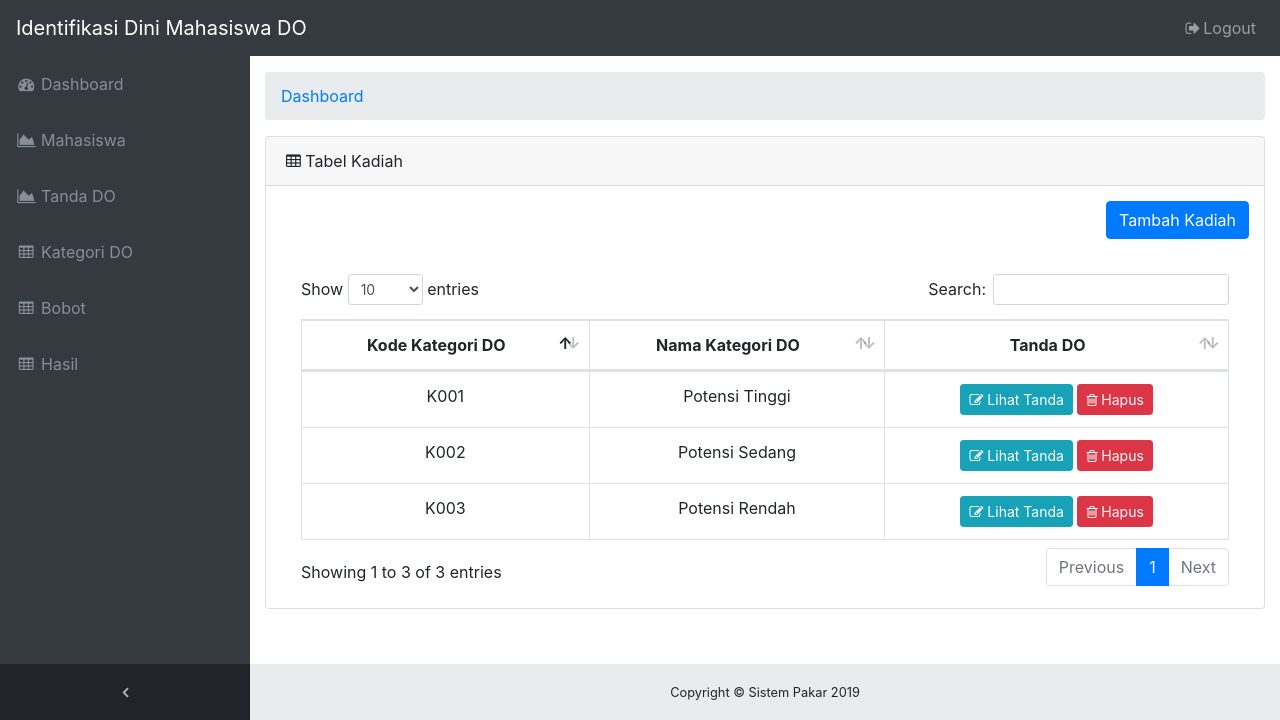
Repository: AdiPrimanto/sistempakar_dempster_shafer
Page: http://localhost/kaidah
The author's editor kept a copy of each file at every save. The page is drawn from the files as they stood at one save, then again after the next save.
The browser window is 1280 px wide. The pictures show the whole page.
The page is served by the project's Laravel application, run on PHP 8.4 with Laravel 8. Other server files are loaded and not shown. The database holds what the project's SQL file puts in it.

Above is the page before, as saved 2019-09-02 01:26:22.
Console error: TypeError: Cannot read properties of null (reading 'length')

### routes/web.php
<?php

/*
|--------------------------------------------------------------------------
| Web Routes
|--------------------------------------------------------------------------
|
| Here is where you can register web routes for your application. These
| routes are loaded by the RouteServiceProvider within a group which
| contains the "web" middleware group. Now create something great!
|
*/
Route::get('/', function ()
 {
    return view('welcome');
});

Route::get('/dashboard', function () {
    return view('admin.dashboard');
});

Auth::routes();

Route::post('/', 'SubmitController@submit');
// Route::get('/mahasiswa', 'MahasiswaController@index');
Route::get('/mahasiswa', 'SubmitController@index')->name('mahasiswa');
Route::get('/mahasiswa/{mahasiswa}/delete', 'SubmitController@delete');

Route::get('/home', 'HomeController@index')->name('home');

Route::get('/tandado', 'TandaDOController@index')->name('tandado');
Route::post('/tandado/store', 'TandaDOController@store');
Route::get('/tandado/{id_tanda}/edit', 'TandaDOController@edit');
Route::post('/tandado/{id_tanda}/update', 'TandaDOController@update');
Route::get('/tandado/{id_tanda}/delete', 'TandaDOController@delete');

Route::get('/kategorido', 'KategoriDOController@index')->name('kategorido');
Route::post('/kategorido/store', 'KategoriDOController@store');
Route::get('/kategorido/{id_kategori}/edit', 'KategoriDOController@edit');
Route::post('/kategorido/{id_kategori}/update', 'KategoriDOController@update');
Route::get('/kategorido/{id_kategori}/delete', 'KategoriDOController@delete');

Route::get('/kaidah', 'KaidahController@index')->name('kaidah');
Route::get('/kaidah/{id_kategori}/delete', 'KaidahController@delete');
Route::get('/kaidah/{id_kategori}/show', 'KaidahController@show');

Route::get('/bobot', 'BobotController@index');

Route::get('/tambahbobot', 'TambahbobotController@index');
Route::post('/tambahbobot', 'TambahbobotController@insert');

Route::get('/hasil', 'HasilController@index');

Route::get('logout', '\App\Http\Controllers\Auth\LoginController@logout');

### app/Http/Controllers/Auth/LoginController.php
<?php

namespace App\Http\Controllers\Auth;

use Auth;
use Illuminate\Http\Request;

use App\Http\Controllers\Controller;
use Illuminate\Foundation\Auth\AuthenticatesUsers;

class LoginController extends Controller
{
    /*
    |--------------------------------------------------------------------------
    | Login Controller
    |--------------------------------------------------------------------------
    |
    | This controller handles authenticating users for the application and
    | redirecting them to your home screen. The controller uses a trait
    | to conveniently provide its functionality to your applications.
    |
    */

    use AuthenticatesUsers;

    /**
     * Where to redirect users after login.
     *
     * @var string
     */
    protected $redirectTo = '/dashboard';

    /**
     * Create a new controller instance.
     *
     * @return void
     */
    public function __construct()
    {
        $this->middleware('guest')->except('logout');
    }

    public function logout(Request $request)
    {
        Auth::logout();
        return redirect('/');
    }
}

### app/Http/Controllers/KaidahController.php
<?php

namespace App\Http\Controllers;

use Illuminate\Http\Request;
use App\Kategorido;

class KaidahController extends Controller
{
    public function index()
    {
        $kaidah = Kategorido::all();
        return view('admin.kaidah', compact('kaidah'));
    }

    public function delete($id_kategori)
    {
        $ktgr = \App\Kaidah::find($id_kategori);
        $ktgr->delete($ktgr);
        return redirect(route('kaidah'))->with('success', 'Data Berhasil Dihapus');
    }

    public function show(Kaidah $id_kategori)
    {

    }

}

### app/Kategorido.php
<?php

namespace App;

use Illuminate\Database\Eloquent\Model;

class Kategorido extends Model
{
    protected $table = 'kategori';
    protected $primaryKey = 'id_kategori';
    protected $fillable = ['kode_kategori', 'nama_kategori'];
    public $timestamps = false;
}

### resources/views/admin/kaidah.blade.php
@extends('layouts.app')

@section('content')
<div class="container-fluid">
    <!-- Breadcrumbs-->
    <ol class="breadcrumb">
        <li class="breadcrumb-item">
            <a href="/dashboard">Dashboard</a>
        </li>
    </ol>

    <!-- Menampilkan Tanda DO-->
    <div class="card mb-3">

        @if (session()->has('success'))
        <div class="alert alert-success">
            {{ session()->get('success')}}
        </div>
        @endif

        <div class="card-header">
            <i class="fa fa-table"></i> Tabel Kadiah</div>
        <div class="" align="right" style="padding:15px;">
            <button class="btn btn-primary" data-toggle="modal" data-target="#tambah">Tambah Kadiah</button>
        </div>
        <div class="card-body">
            <div class="table-responsive">
                <table class="table table-bordered" id="dataTable" width="100%" cellspacing="0">
                    <thead>
                        <tr>
                            <th style="text-align:center">Kode Kategori DO</th>
                            <th style="text-align:center">Nama Kategori DO</th>
                            <th style="text-align:center">Tanda DO</th>
                        </tr>
                    </thead>
                    <tbody>
                        @foreach ($kaidah as $ktgr)
                        <tr>
                            <td style="text-align:center">{{$ktgr->kode_kategori}}</td>
                            <td style="text-align:center">{{$ktgr->nama_kategori}}</td>
                            <td style="text-align:center">
                                <a href="/bobot/{{$ktgr->id_kategori}}" class="btn btn-info btn-sm"><i
                                        class="fa fa-edit"></i>
                                    Lihat Tanda</a>
                                    {{-- {{$ktgr->id_kategori}} --}}
                                <a href="" class="btn btn-danger btn-sm"
                                    data-toggle="modal" data-target="#hapus{{$ktgr->id_kategori}}"><i
                                        class="fa fa-trash-o"></i> Hapus</a>
                            </td>
                        </tr>

                        <!-- Lihat Tanda DO-->


                        <!-- Peringatan Hapus Kaidah DO-->
                        <div class="modal" id="hapus{{$ktgr->id_kategori}}" tabindex="-1" role="dialog"
                            aria-labelledby="exampleModalLabel" aria-hidden="true">
                            <div class="modal-dialog" role="document">
                                <div class="modal-content">
                                    <div class="modal-header">
                                        <h5 class="modal-title" id="exampleModalLabel">Peringatan</h5>
                                        <button class="close" type="button" data-dismiss="modal" aria-label="Close">
                                            <span aria-hidden="true">×</span>
                                        </button>
                                    </div>
                                    <div class="modal-body">
                                        Yakin ingin menghapus data {{$ktgr->nama_kategori}} ?
                                    </div>
                                    <div class="modal-footer">
                                        <a href="/kaidah/{{$ktgr->id_kategori}}/delete" class="btn btn-primary">Ya</a>
                                        <button class="btn btn-danger" type="button" data-dismiss="modal"
                                            aria-label="Close">Batal</button>
                                    </div>
                                </div>
                            </div>
                            @endforeach
                    </tbody>
                </table>
            </div>
        </div>
    </div>

</div>

</div>
@endsection

### resources/views/layouts/app.blade.php
<!DOCTYPE html>
<html lang="en">

<head>
  <meta charset="utf-8">
  <meta http-equiv="X-UA-Compatible" content="IE=edge">
  <meta name="viewport" content="width=device-width, initial-scale=1, shrink-to-fit=no">
  <meta name="description" content="">
  <meta name="author" content="">
  <title>Identifikasi Dini Mahasiswa DO</title>
  <link rel="icon" href="frontend/img/akakom.png">
  <!-- Bootstrap core CSS-->
  <link href="{{asset('backend/vendor/bootstrap/css/bootstrap.min.css')}}" rel="stylesheet">
  <!-- Custom fonts for this template-->
  <link href="{{asset('backend/vendor/font-awesome/css/font-awesome.min.css')}}" rel="stylesheet" type="text/css">
  <!-- Page level plugin CSS-->
  <link href="{{asset('backend/vendor/datatables/dataTables.bootstrap4.css')}}" rel="stylesheet">
  <!-- Custom styles for this template-->
  <link href="{{asset('backend/css/sb-admin.css')}}" rel="stylesheet">
</head>

<body class="fixed-nav sticky-footer bg-dark" id="page-top">
    @include('layouts.partial.navbar')
  <div class="content-wrapper">
    @yield('content')
    <!-- /.container-fluid-->
    @include('layouts.partial.footer')

    <!-- Scroll to Top Button-->
    <a class="scroll-to-top rounded" href="#page-top">
      <i class="fa fa-angle-up"></i>
    </a>

    @include('layouts.partial.header')

    <!-- Bootstrap core JavaScript-->
    <script src="{{asset('backend/vendor/jquery/jquery.min.js')}}"></script>
    <script src="{{asset('backend/vendor/bootstrap/js/bootstrap.bundle.min.js')}}"></script>
    <!-- Core plugin JavaScript-->
    <script src="{{asset('backend/vendor/jquery-easing/jquery.easing.min.js')}}"></script>
    <!-- Page level plugin JavaScript-->
    <script src="{{asset('backend/vendor/chart.js/Chart.min.js')}}"></script>
    <script src="{{asset('backend/vendor/datatables/jquery.dataTables.js')}}"></script>
    <script src="{{asset('backend/vendor/datatables/dataTables.bootstrap4.js')}}"></script>
    <!-- Custom scripts for all pages-->
    <script src="{{asset('backend/js/sb-admin.min.js')}}"></script>
    <!-- Custom scripts for this page-->
    <script src="{{asset('backend/js/sb-admin-datatables.min.js')}}"></script>
    <script src="{{asset('backend/js/sb-admin-charts.min.js')}}"></script>
  </div>
</body>

</html>

### resources/views/layouts/partial/navbar.blade.php
<!-- Navigation-->
<nav class="navbar navbar-expand-lg navbar-dark bg-dark fixed-top" id="mainNav">
    <a class="navbar-brand" href="index.html">Identifikasi Dini Mahasiswa DO</a>
    <button class="navbar-toggler navbar-toggler-right" type="button" data-toggle="collapse"
        data-target="#navbarResponsive" aria-controls="navbarResponsive" aria-expanded="false"
        aria-label="Toggle navigation">
        <span class="navbar-toggler-icon"></span>
    </button>
    <div class="collapse navbar-collapse" id="navbarResponsive">
        <ul class="navbar-nav navbar-sidenav" id="exampleAccordion">
            <li class="nav-item" data-toggle="tooltip" data-placement="right" title="Dashboard">
                <a class="nav-link" href="/dashboard">
                    <i class="fa fa-fw fa-dashboard"></i>
                    <span class="nav-link-text">Dashboard</span>
                </a>
            </li>
            <li class="nav-item" data-toggle="tooltip" data-placement="right" title="Charts">
                <a class="nav-link" href="/mahasiswa">
                    <i class="fa fa-fw fa-area-chart"></i>
                    <span class="nav-link-text">Mahasiswa</span>
                </a>
            </li>
            <li class="nav-item" data-toggle="tooltip" data-placement="right" title="Charts">
                <a class="nav-link" href="/tandado">
                    <i class="fa fa-fw fa-area-chart"></i>
                    <span class="nav-link-text">Tanda DO</span>
                </a>
            </li>
            <li class="nav-item" data-toggle="tooltip" data-placement="right" title="Tables">
                <a class="nav-link" href="/kategorido">
                    <i class="fa fa-fw fa-table"></i>
                    <span class="nav-link-text">Kategori DO</span>
                </a>
            </li>
            <li class="nav-item" data-toggle="tooltip" data-placement="right" title="Tables">
                <a class="nav-link" href="/kaidah">
                    <i class="fa fa-fw fa-table"></i>
                    <span class="nav-link-text">Bobot</span>
                </a>
            </li>
            <li class="nav-item" data-toggle="tooltip" data-placement="right" title="Tables">
                <a class="nav-link" href="/hasil">
                    <i class="fa fa-fw fa-table"></i>
                    <span class="nav-link-text">Hasil</span>
                </a>
            </li>
        </ul>
        <ul class="navbar-nav sidenav-toggler">
            <li class="nav-item">
                <a class="nav-link text-center" id="sidenavToggler">
                    <i class="fa fa-fw fa-angle-left"></i>
                </a>
            </li>
        </ul>
        <ul class="navbar-nav ml-auto">
            <li class="nav-item">
                <a class="nav-link" data-toggle="modal" data-target="#exampleModal">
                    <i class="fa fa-fw fa-sign-out"></i>Logout</a>
            </li>
        </ul>
    </div>
</nav>

### resources/views/layouts/partial/footer.blade.php
<!-- /.content-wrapper-->
<footer class="sticky-footer">
    <div class="container">
      <div class="text-center">
        <small>Copyright © Sistem Pakar 2019</small>
      </div>
    </div>
  </footer>

### resources/views/layouts/partial/header.blade.php
<!-- Logout Modal-->
<div class="modal fade" id="exampleModal" tabindex="-1" role="dialog" aria-labelledby="exampleModalLabel" aria-hidden="true">
    <div class="modal-dialog" role="document">
      <div class="modal-content">
        <div class="modal-header">
          <h5 class="modal-title" id="exampleModalLabel">Ready to Leave?</h5>
          <button class="close" type="button" data-dismiss="modal" aria-label="Close">
            <span aria-hidden="true">×</span>
          </button>
        </div>
        <div class="modal-body">Select "Logout" below if you are ready to end your current session.</div>
        <div class="modal-footer">
          <button class="btn btn-secondary" type="button" data-dismiss="modal">Cancel</button>
          <a class="btn btn-primary" href="{{route('logout')}}">Logout</a>
        </div>
      </div>
    </div>
  </div>

### pakar.sql (the tables this page reads)
CREATE TABLE `kategori` (
  `id_kategori` int(2) NOT NULL,
  `kode_kategori` varchar(4) NOT NULL,
  `nama_kategori` varchar(50) NOT NULL
) ENGINE=InnoDB DEFAULT CHARSET=latin1;

INSERT INTO `kategori` (`id_kategori`, `kode_kategori`, `nama_kategori`) VALUES
(1, 'K001', 'Potensi Tinggi'),
(2, 'K002', 'Potensi Sedang'),
(4, 'K003', 'Potensi Rendah');

ALTER TABLE `kategori`
  ADD PRIMARY KEY (`id_kategori`);

ALTER TABLE `kategori`
  MODIFY `id_kategori` int(2) NOT NULL AUTO_INCREMENT, AUTO_INCREMENT=5;

Loaded but not shown: app/Http/Controllers/Controller.php (common file); public/backend/js/sb-admin.min.js (common file); public/backend/js/sb-admin-datatables.min.js (common file); public/backend/js/sb-admin-charts.min.js (common file); public/backend/css/sb-admin.css (478 lines, source omitted)

After the next save:
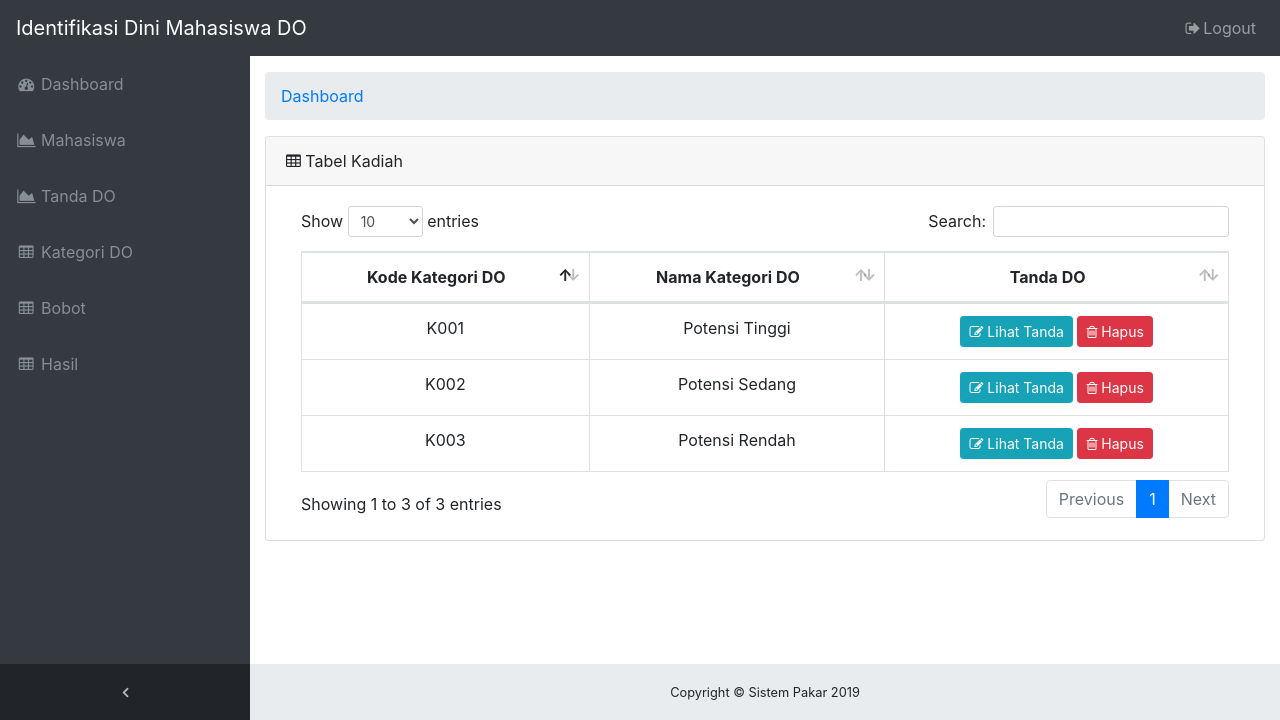
Saved 38 s later.
--- a/resources/views/admin/kaidah.blade.php
+++ b/resources/views/admin/kaidah.blade.php
@@ -20,9 +20,6 @@
 
         <div class="card-header">
             <i class="fa fa-table"></i> Tabel Kadiah</div>
-        <div class="" align="right" style="padding:15px;">
-            <button class="btn btn-primary" data-toggle="modal" data-target="#tambah">Tambah Kadiah</button>
-        </div>
         <div class="card-body">
             <div class="table-responsive">
                 <table class="table table-bordered" id="dataTable" width="100%" cellspacing="0">
